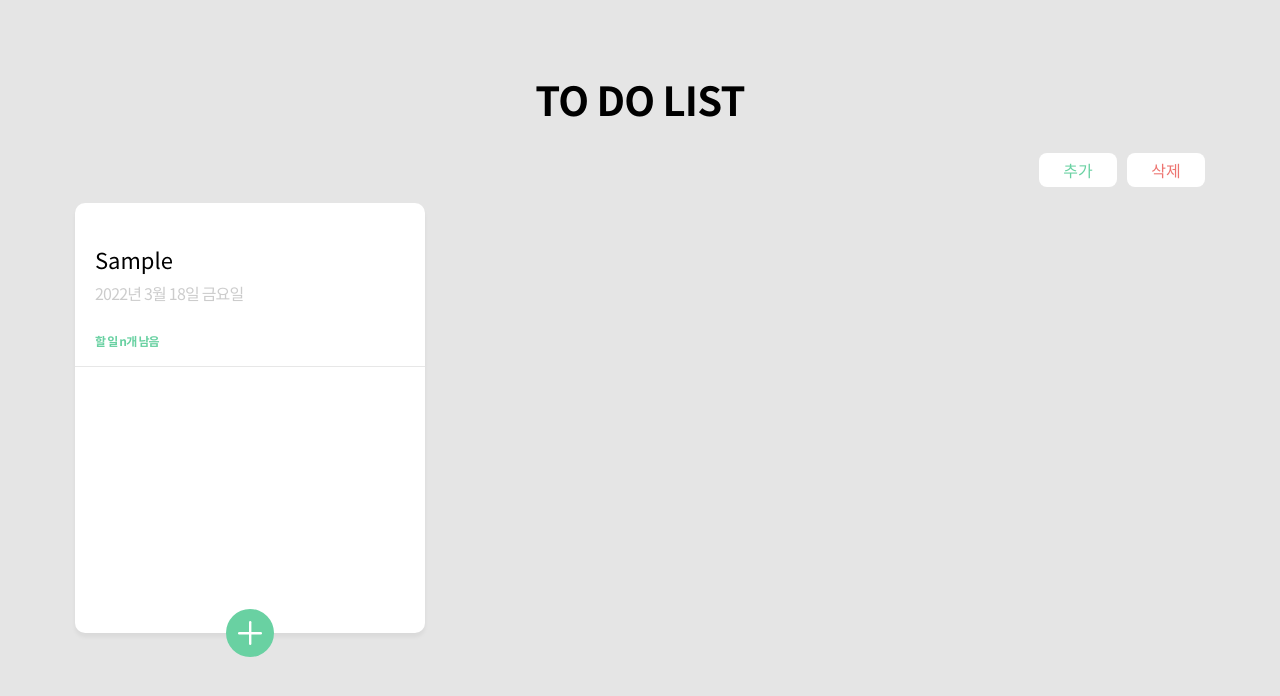
Repository: KIMSEOUNYOUNG/toDoList
Page: skin/main.html
The author's editor kept a copy of each file at every save. The page is drawn from the files as they stood at one save, then again after the next save.
The browser window is 1280 px wide. The pictures show the whole page.
Empty fields were first filled with sample values (such as "Sample", 5 or name@example.com).
After loading, the first visible `button.tdList_btn` was clicked once.

Above is the page before, as saved 2022-04-29 17:37:11.
Console error: ReferenceError: btn is not defined

After the next save:
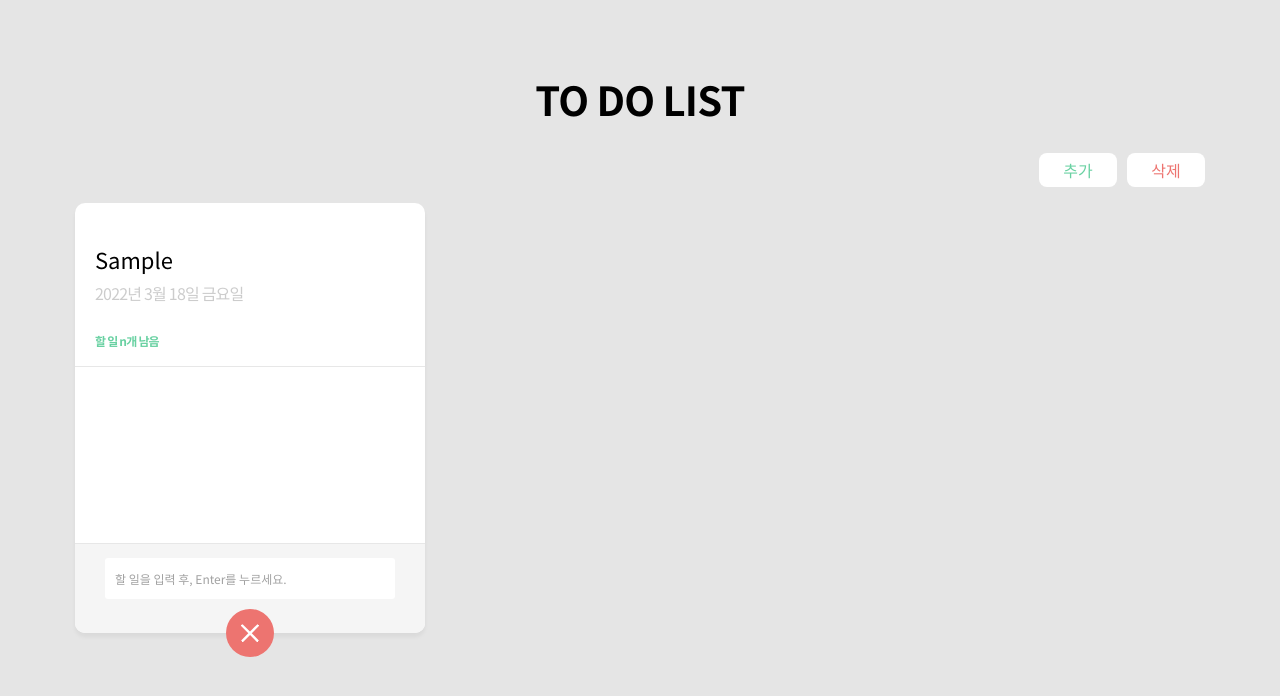
The error is gone.
Saved 17 s later.
--- a/skin/main.html
+++ b/skin/main.html
@@ -87,7 +87,7 @@
 
         $(plusBtn).each(function(idx, el){
             $(el).on('click', function(){
-                var btnBox = btn.parentNode;
+                var btnBox = el.parentNode;
                 var tdListBox = btnBox.parentNode;
                 var toggleOn = $(tdListBox).children('.toggle_on');
 
